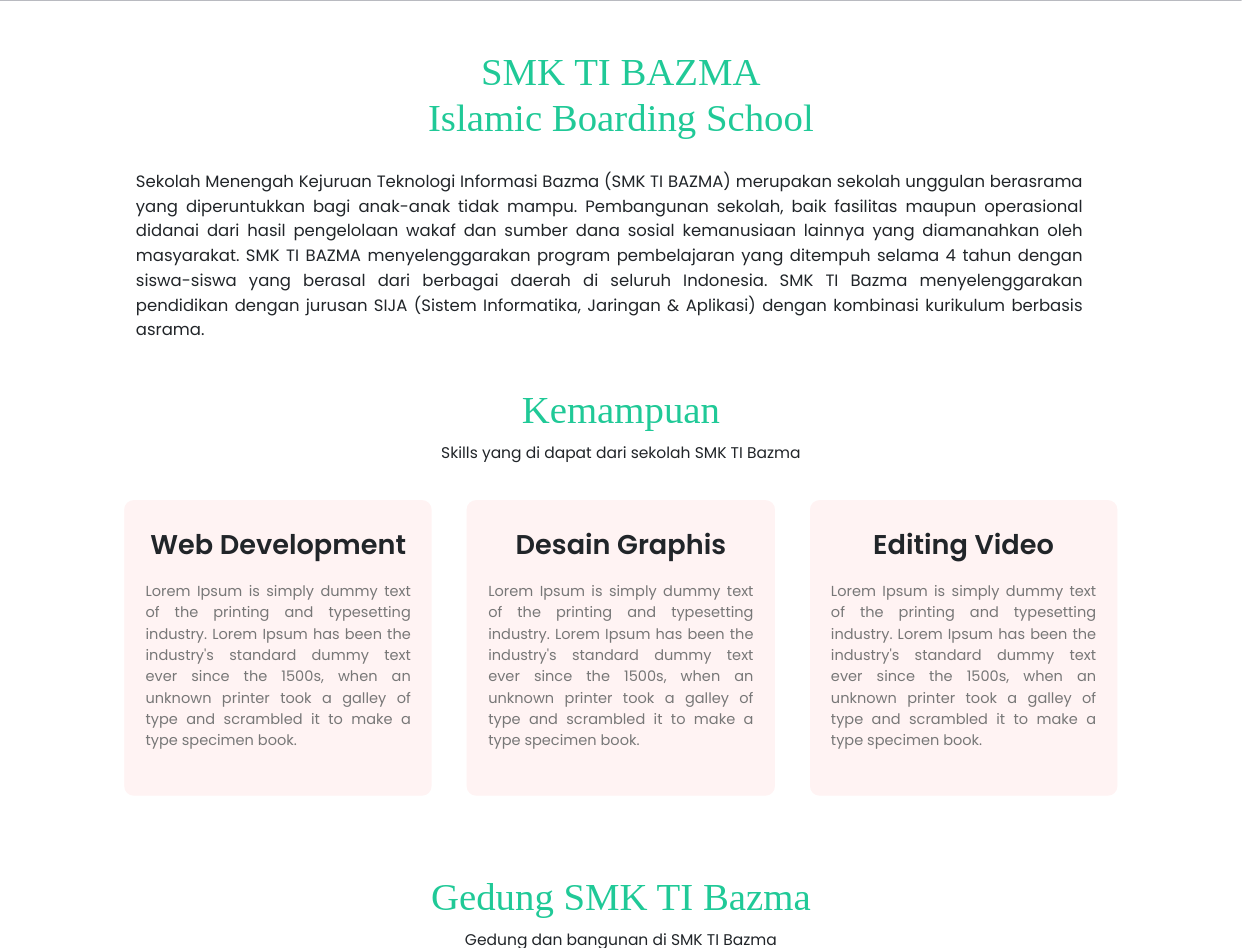
Repository: farhannurrahmat/Landing-Page-School
Page: index.html
An editor plug-in stored every save of this project. The page is shown before and after the next save, followed by the edit.
The browser window is 1280 px wide. The pictures show the part of the page from y = 720 to 1697 px (the page is 4203 px tall), at 97% of full size.
A picture or video elsewhere on the page could not be fetched, so the positions and the page height are approximate.

Above is the page before, as saved 2024-01-31 08:53:58.

After the next save:
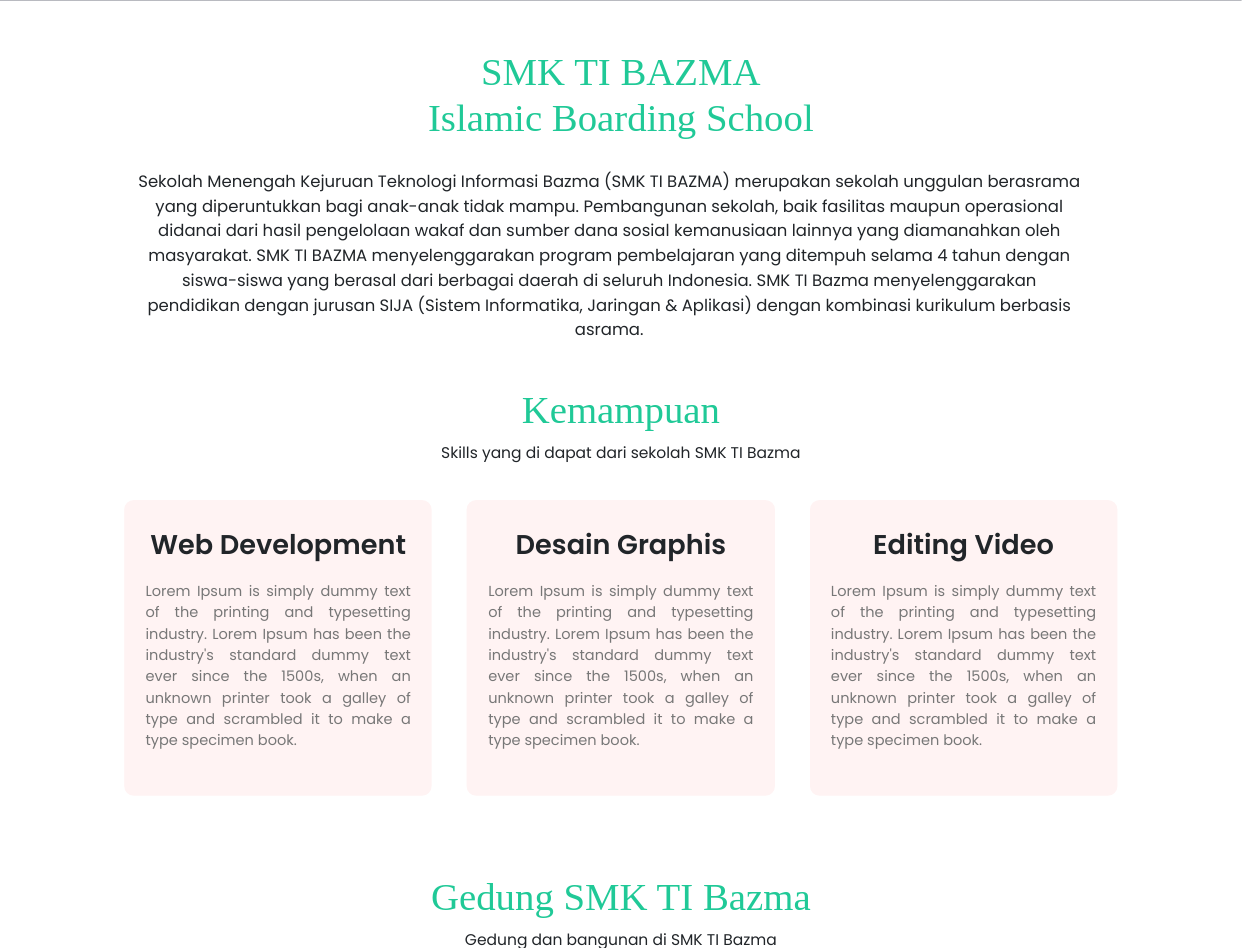
Saved 96 s later.
--- a/index.html
+++ b/index.html
@@ -45,7 +45,7 @@
       </div>
       <div class="row">
         <div class="col ">
-          <p style="text-align: justify;">Sekolah Menengah Kejuruan Teknologi Informasi Bazma (SMK TI BAZMA) merupakan sekolah unggulan berasrama
+          <p style="text-align:;">Sekolah Menengah Kejuruan Teknologi Informasi Bazma (SMK TI BAZMA) merupakan sekolah unggulan berasrama
             yang diperuntukkan bagi anak-anak tidak mampu. Pembangunan sekolah, baik fasilitas maupun operasional
             didanai dari hasil pengelolaan wakaf dan sumber dana sosial kemanusiaan lainnya yang diamanahkan oleh
             masyarakat.
